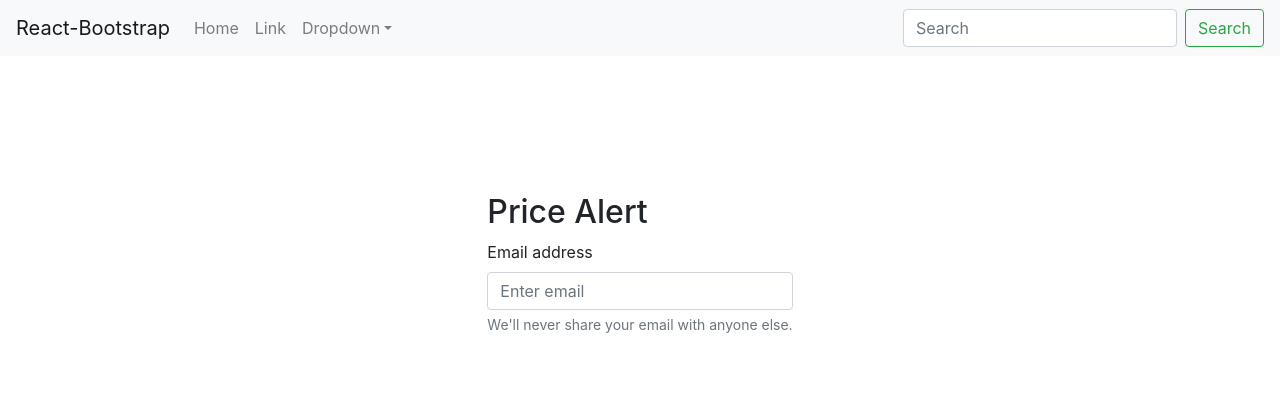
Repository: flychicken123/PriceAlertFront
Page: /
An editor plug-in stored every save of this project. The page is shown before and after the next save, followed by the edit.
The browser window is 1280 px wide. The pictures show the whole page.
The project was rebuilt for these pictures with package versions that can differ from the ones it lists, and the page was loaded fresh each time. Also part of the build but not shown: src/App.css.

Above is the page before, as saved 2021-03-05 17:10:39.

After the next save:
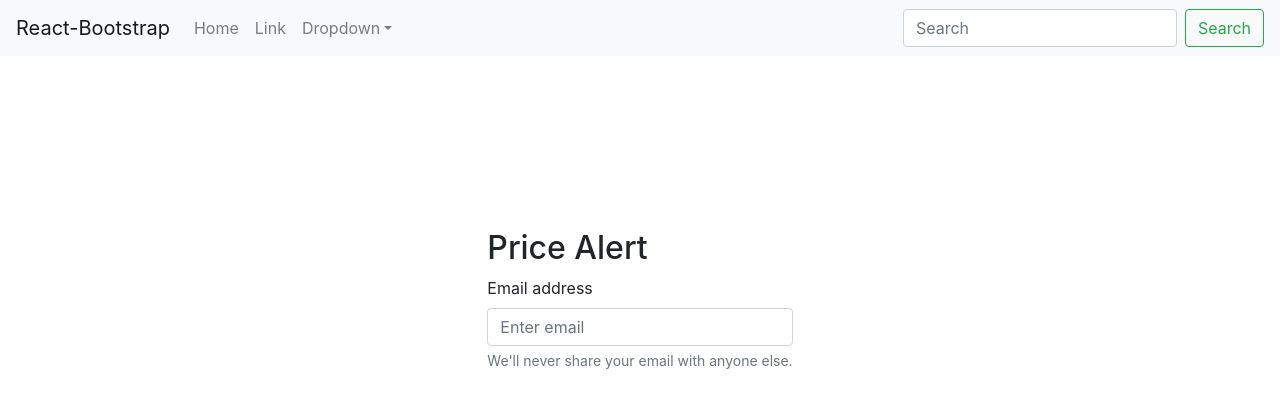
Saved 6 s later.
--- a/src/components/Home.jsx
+++ b/src/components/Home.jsx
@@ -4,7 +4,7 @@ const Home = () => {
     return (
         <div className='mainControl'>
             <container>
-                <div style={{ display: 'flex', justifyContent: 'center', alignItems: 'center', height: '60vh' }}>
+                <div style={{ display: 'flex', justifyContent: 'center', alignItems: 'center', height: '70vh' }}>
                     <Form>
                         <h2>Price Alert</h2>
                         <Form.Group controlId="formBasicEmail">
